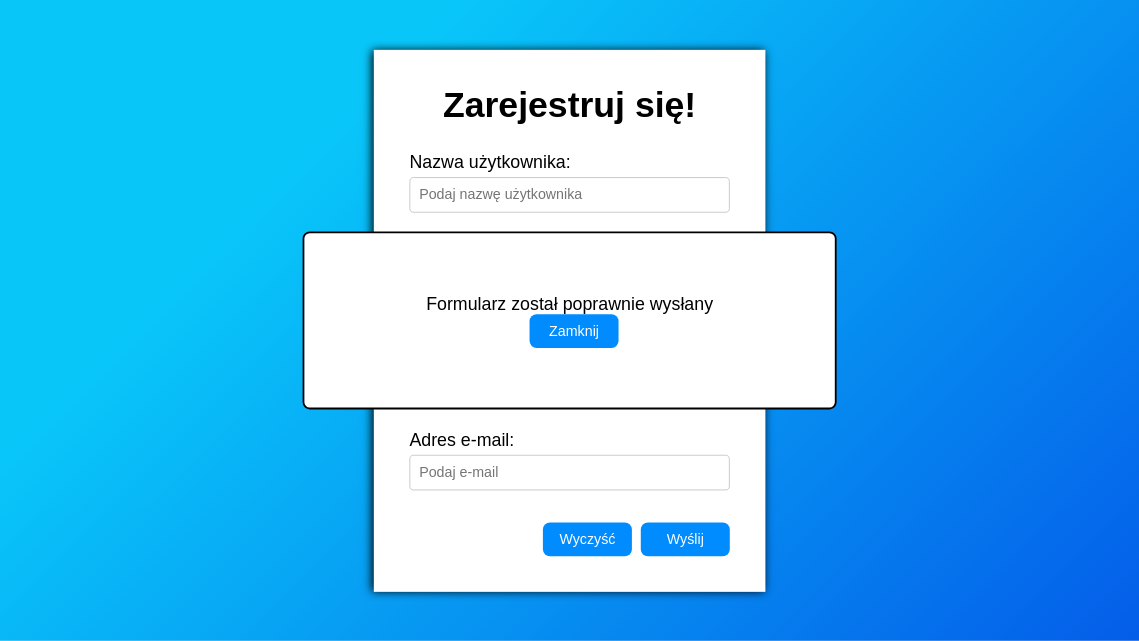
Repository: KrzysKolo/Projekt-3_Formularz-rejestracyjny
Page: index.html
An editor plug-in stored every save of this project. The page is shown before and after the next save, followed by the edit.
The browser window is 1280 px wide. The pictures show the whole page, at 89% of full size.
Some web fonts or font styles are not loaded; a fallback is used.

Above is the page before, as saved 2020-07-04 02:35:44.

### index.html
<!DOCTYPE html>
<html lang="en">
  <head>
    <meta charset="UTF-8" />
    <meta name="viewport" content="width=device-width, initial-scale=1.0" />
    <title>Projekt 3 - Logowanie</title>
    <link
      href="https://fonts.googleapis.com/css2?family=Aldrich&family=Overpass+Mono:wght@300&display=swap"
      rel="stylesheet"
    />
    <link rel="stylesheet" href="./css/style.css" />
  </head>
  <body>
    <main class="wrapper">
      <form class="form">
        <h1>Zarejestruj się!</h1>
        <div class="form-box">
          <label for="username">Nazwa użytkownika: </label>
          <input
            type="text"
            id="username"
            placeholder="Podaj nazwę użytkownika"
          />
          <p class="error-text">error</p>
        </div>

        <div class="form-box">
          <label for="password">Hasło: </label>
          <input type="password" id="password" placeholder="Podaj hasło" />
          <p class="error-text">error</p>
        </div>

        <div class="form-box">
          <label for="password2">Nazwa użytkownika: </label>
          <input type="password" id="password2" placeholder="Powtórz hasło" />
          <p class="error-text">error</p>
        </div>

        <div class="form-box">
          <label for="email">Adres e-mail: </label>
          <input type="email" id="email" placeholder="Podaj e-mail" />
          <p class="error-text">error</p>
        </div>

        <div class="control-button">
          <button class="clear">Wyczyść</button>
          <button class="send">Wyślij</button>
        </div>

        <div class="popup">
          <p>Formularz został poprawnie wysłany</p>
          <button class="close">Zamknij</button>
        </div>
      </form>
    </main>
  </body>
</html>

### css/style.css
* {
  box-sizing: border-box;
  margin: 0;
  padding: 0;
}
body {
  display: flex;
  justify-content: center;
  align-items: center;
  min-height: 100vh;
  font-family: "Aldrich", sans-serif;
  background-image: linear-gradient(315deg, #045de9 0%, #09c6f9 74%);
}
.wrapper {
  width: 440px;
  background-color: #fff;
  box-shadow: -2px 0 10px #000;
}
.form {
  padding: 40px;
  font-size: 20px;
}
h1 {
  margin-bottom: 30px;
  text-align: center;
}
.form-box {
  margin-bottom: 15px;
}
.form-box label {
  display: inline-block;
  margin-bottom: 5px;
}
.form-box input {
  width: 100%;
  padding: 10px;
  font-size: 16px;
  border: 1px solid rgb(197, 197, 197);
  border-radius: 5px;
}
.form-box.error input {
  border: 1px solid rgb(0, 117, 250);
  background-color: 1px solid rgba(0, 117, 250, 0.1);
}
.form-box .error-text {
  margin: 5px 0 0 10px;
  font-size: 14px;
  color: 1px solid rgb(0, 117, 250);
  font-family: "Overpass Mono", monospace;
  visibility: hidden;
}
.form-box.error .error-text {
  visibility: visible;
}
.control-button {
  display: flex;
  flex-direction: row;
  justify-content: flex-end;
}
.send,
.clear,
.close {
  display: inline-block;
  padding: 10px 0;
  margin-left: 10px;
  width: 100px;
  font-size: 16px;
  background-color: rgb(0, 140, 255);
  color: #fff;
  border: none;
  border-radius: 8px;
  cursor: pointer;
  transition: background-color 0.3s;
}
.send:hover,
.clear:hover,
.close:hover {
  background-color: rgb(0, 107, 194);
}
.popup {
  display: flex;
  justify-content: center;
  align-items: center;
  flex-direction: column;
  position: absolute;
  top: 50%;
  left: 50%;
  transform: translate(-50%, -50%);
  width: 600px;
  height: 200px;
  background-color: #fff;
  border-radius: 8px;
  border: 2px solid black;
}

After the next save:
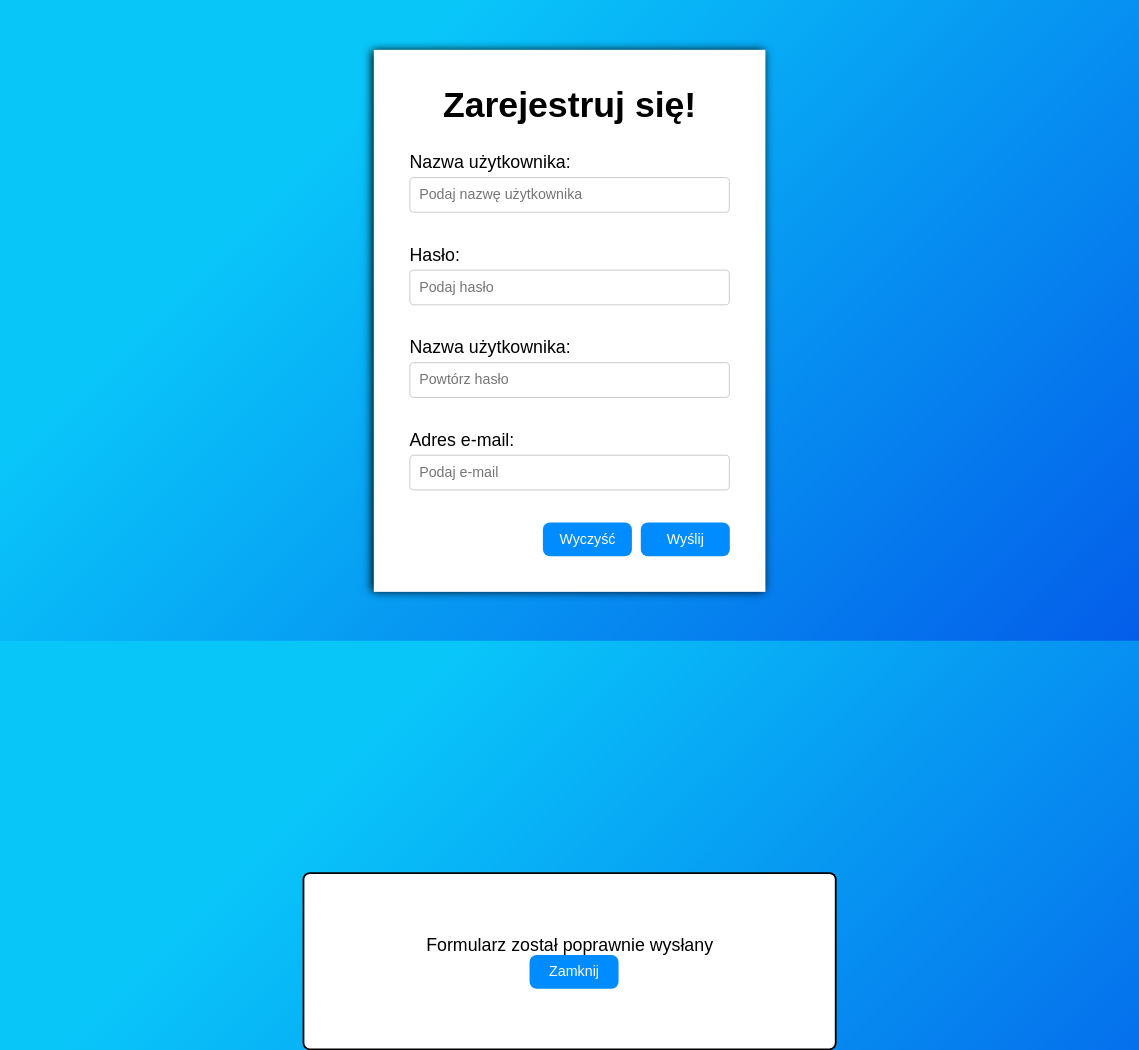
Saved 69 min 49 s later.
--- a/css/style.css
+++ b/css/style.css
@@ -83,7 +83,7 @@ h1 {
   align-items: center;
   flex-direction: column;
   position: absolute;
-  top: 50%;
+  top: 150%;
   left: 50%;
   transform: translate(-50%, -50%);
   width: 600px;
